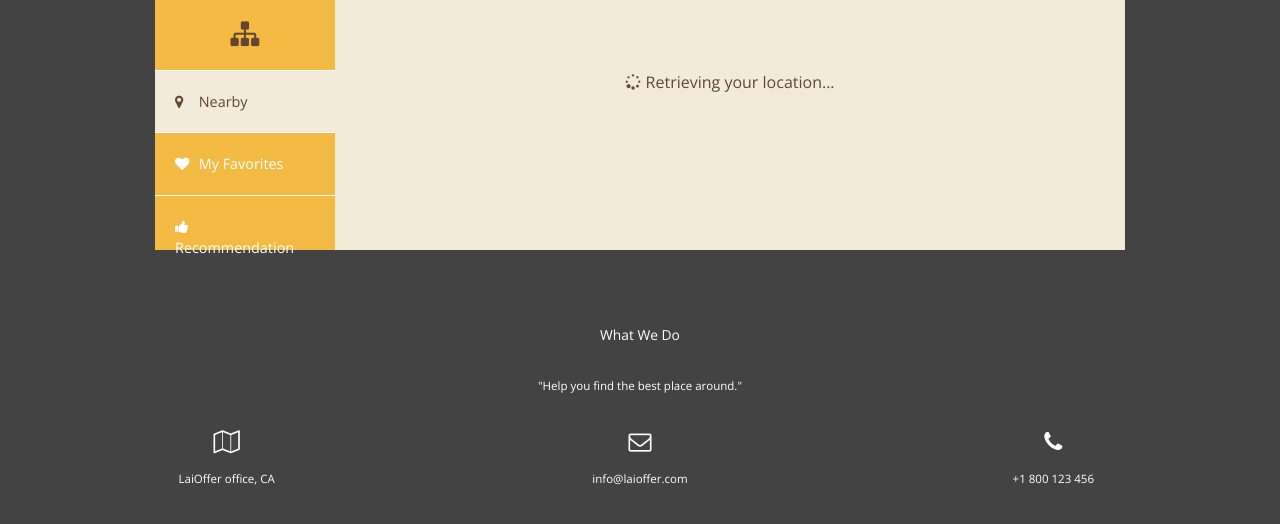
Repository: bchenSyr/restaurant-recommend
Page: http://localhost/YelpRecommend/
The author's editor kept a copy of each file at every save. The page is drawn from the files as they stood at one save, then again after the next save.
The browser window is 1280 px wide. The pictures show the part of the page from y = 310 to 834 px (the page is 834 px tall).
Some web libraries are served in a nearby version. The page is served by Tomcat 9.

Above is the page before, as saved 2018-09-17 04:23:51.

After the next save:
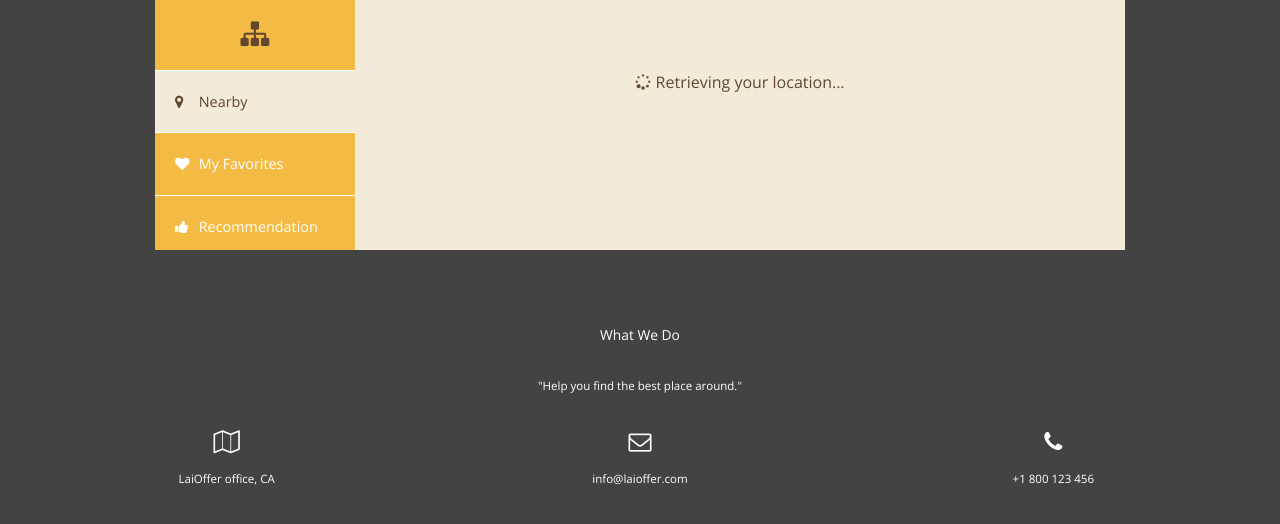
Saved 7 min 54 s later.
--- a/YelpRecommend/WebContent/styles/main.css
+++ b/YelpRecommend/WebContent/styles/main.css
@@ -108,7 +108,7 @@ ul {
  */
 #item-nav {
 	float: left;
-	width: 180px;
+	width: 200px;
 }
 
 .nav-icon {
@@ -151,7 +151,7 @@ ul {
 	background: #F2EBD9;
 	color: #624630;
 	list-style: none;
-	margin-left: 180px;
+	margin-left: 200px;
 	min-height: 250px;
 	padding: 10px;
 }
